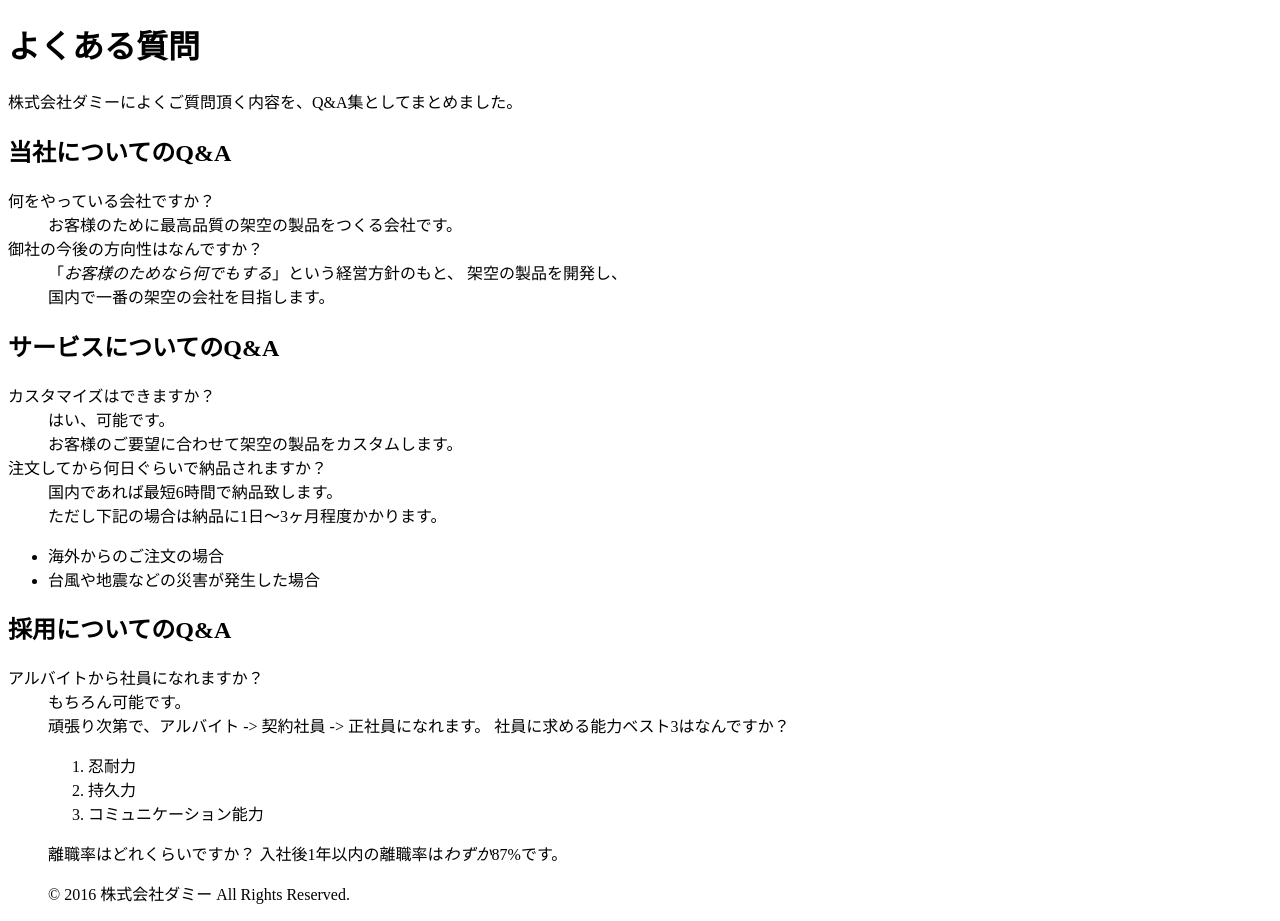
Repository: winc1980/practice-hp2022-wednesday
Page: ruka/practice1.html
An editor plug-in stored every save of this project. The page is shown before and after the next save, followed by the edit.
The browser window is 1280 px wide. The pictures show the whole page.

Above is the page before, as saved 2022-05-26 00:46:53.

### ruka/practice1.html
<!DOCTYPE html>
<html lang="ja">
<head>
    <meta charset="UTF-8">
    <meta http-equiv="X-UA-Compatible" content="IE=edge">
    <meta name="viewport" content="width=device-width, initial-scale=1.0">
    <title>よくある質問 | 架空の株式会社ダミー</title>
</head>
<body>
    <h1>よくある質問</h1>

<p>
株式会社ダミーによくご質問頂く内容を、Q&A集としてまとめました。
</p>

<h2>当社についてのQ&A</h2>


何をやっている会社ですか？
<dd>
お客様のために最高品質の架空の製品をつくる会社です。
</dd>

御社の今後の方向性はなんですか？
<dd>
「<cite>お客様のためなら何でもする</cite>」という経営方針のもと、
架空の製品を開発し、<main>国内で一番の架空の会社を目指します。</main>
</dd>


<h2>サービスについてのQ&A</h2>

カスタマイズはできますか？
<dd>
はい、可能です。<br>
お客様のご要望に合わせて架空の製品をカスタムします。
</dd>

注文してから何日ぐらいで納品されますか？
<dd>
国内であれば最短6時間で納品致します。<br>
ただし下記の場合は納品に1日〜3ヶ月程度かかります。
</dd>
<ul>
<li>
海外からのご注文の場合
</li>
<li>
台風や地震などの災害が発生した場合
</li>
</ul>
<h2>採用についてのQ&A</h2>

アルバイトから社員になれますか？
<dd>
もちろん可能です。<br>
頑張り次第で、アルバイト -> 契約社員 -> 正社員になれます。

社員に求める能力ベスト3はなんですか？
<ol>
<li>忍耐力</li>
<li>持久力</li>
<li>コミュニケーション能力</li>
</ol>



離職率はどれくらいですか？
入社後1年以内の離職率は<cite>わずか</cite>87%です。
<p>
© 2016 株式会社ダミー All Rights Reserved.
</p>
</body>
</html>

After the next save:
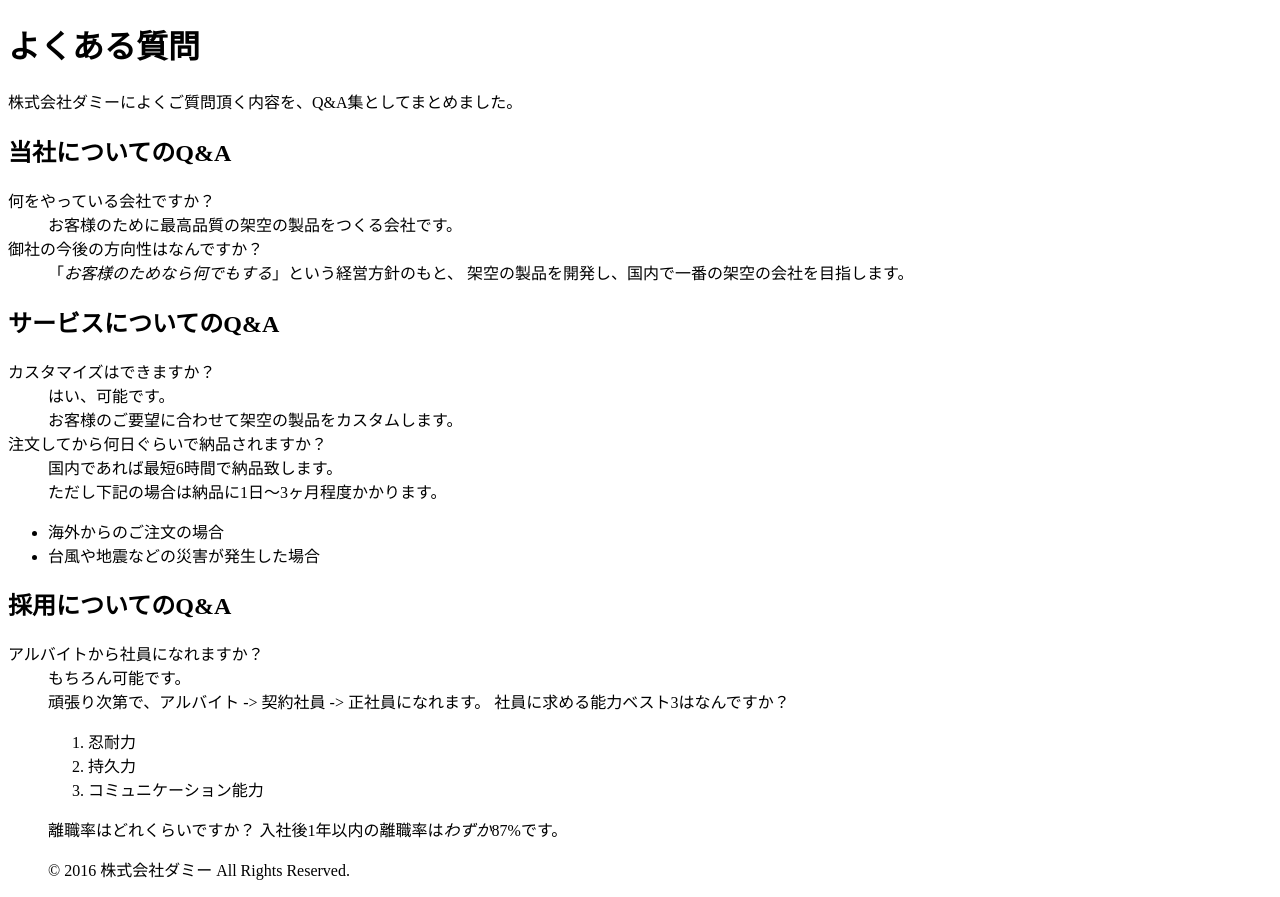
Saved 6 s later.
--- a/ruka/practice1.html
+++ b/ruka/practice1.html
@@ -24,7 +24,7 @@
 御社の今後の方向性はなんですか？
 <dd>
 「<cite>お客様のためなら何でもする</cite>」という経営方針のもと、
-架空の製品を開発し、<main>国内で一番の架空の会社を目指します。</main>
+架空の製品を開発し、<m>国内で一番の架空の会社を目指します。</m>
 </dd>
 
 
